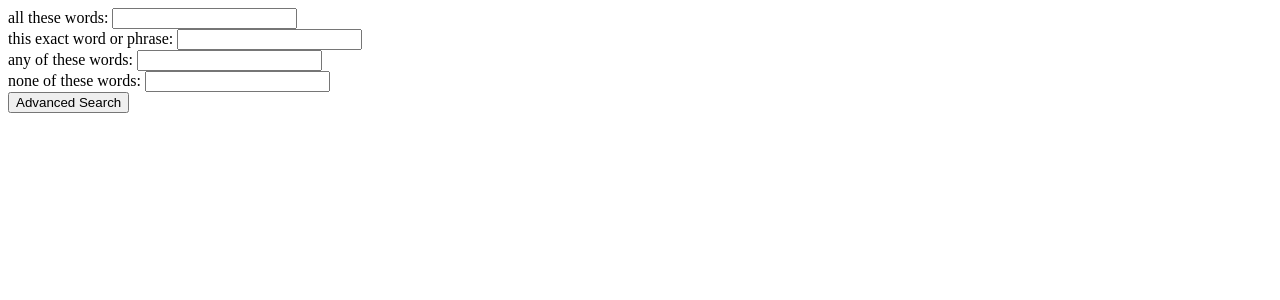
Repository: etentuk/search
Page: advanced_search.html
These files come from the project's save history. The page is drawn as it stood at one moment and after a run of saves; the edit follows.
The browser window is 1280 px wide. The pictures show the whole page.

Above is the page before, as saved 2021-11-03 23:16:40.
Not found: styles.cc

After the next 3 saves:
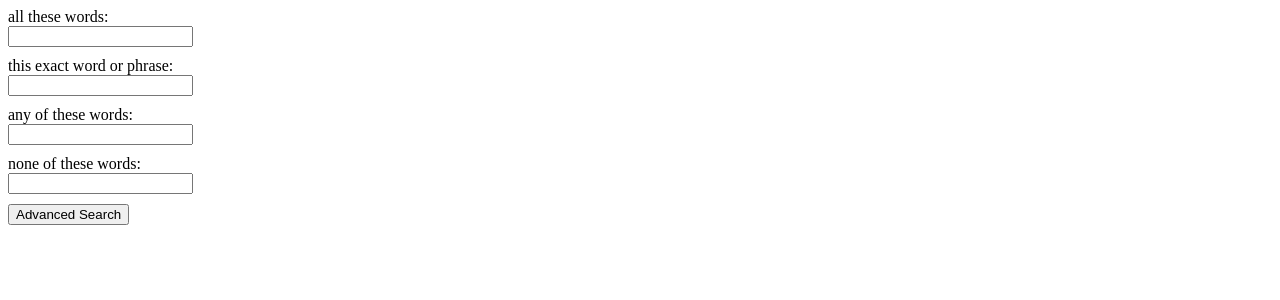
The 3 saves are shown as one change because they came seconds apart.
The last was saved 18 s later.
--- a/advanced_search.html
+++ b/advanced_search.html
@@ -3,7 +3,7 @@
 
 <head>
     <title>Advanced Search</title>
-    <link rel="stylesheet" href="styles.cc"
+    <link rel="stylesheet" href="styles.css">
 </head>
 
 <body>
